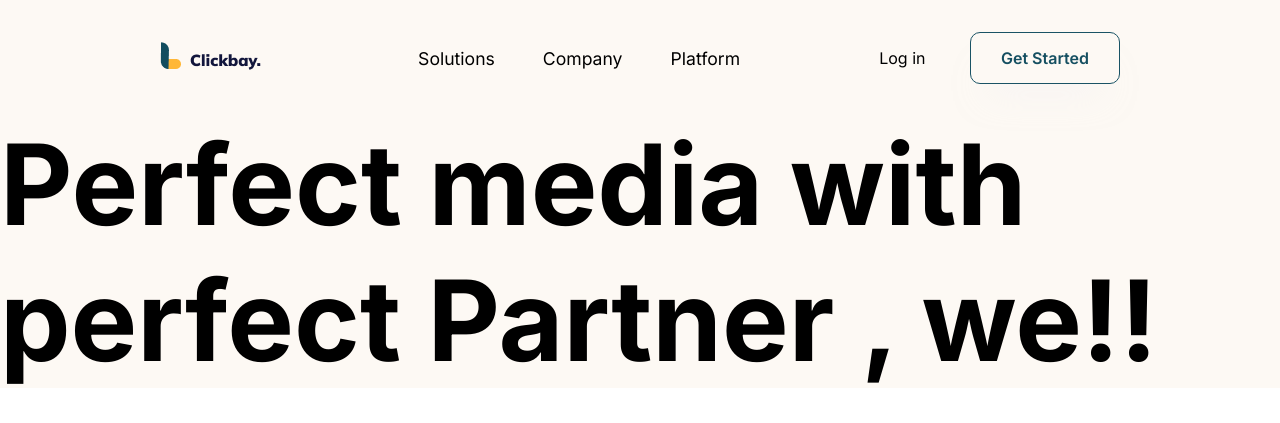
Repository: badhon252/Clickbay
Page: index.html
The author's editor kept a copy of each file at every save. The page is drawn from the files as they stood at one save, then again after the next save.
The browser window is 1280 px wide. The pictures show the whole page.
The style sheet was rebuilt from its Sass, Less or Tailwind sources for each picture, by a compiler version that may differ from the author's.

Above is the page before, as saved 2022-09-03 23:01:50.

### index.html
<!DOCTYPE html>
<html lang="en">

<head>
    <meta charset="UTF-8">
    <meta http-equiv="X-UA-Compatible" content="IE=edge">
    <meta name="viewport" content="width=device-width, initial-scale=1.0">
    <link rel="stylesheet" href="./scss/style.css">
    <title>Document</title>
</head>

<body>
    <header class="">
        <nav class="navbar container">
            <div class="navbar_brand">
                <img src="./images/logo.png" alt="Image not found!">
            </div>

            <ul class="nav">
                <li class="nav-items"><a href="" class="nav-links">Solutions</a></li>
                <li class="nav-items"><a href="" class="nav-links">Company</a></li>
                <li class="nav-items"><a href="" class="nav-links">Platform</a></li>
            </ul>

            <div class="nav-btns">
                <button class="btn nav-log">Log in</button>
                <button class="btn nav-start">Get Started</button>
            </div>
        </nav>

        <div class="header-content">
            <h1 class="h1">
                Perfect media with perfect Partner , we!!
            </h1>
        </div>
    </header>
</body>

</html>

### scss/style.scss
@import url("https://fonts.googleapis.com/css2?family=Inter:wght@400;600;700;800;900&display=swap");
* {
  margin: 0;
  padding: 0;
  box-sizing: border-box;
  font-family: "Inter", sans-serif;
}
.container {
  margin: 0 10rem;
}
.btn {
  outline: none;
  border: none;
  padding: 15px 30px;
  font-size: 1rem;
  background-color: transparent;
}
.h1 {
  font-size: 7rem;
}

//==============================
//===================
//==============================
header {
  background-color: #fdf9f4;
  .navbar {
    padding: 2rem 0;
    display: flex;
    justify-content: space-between;
    align-items: center;
    font-weight: 500;
    .nav {
      display: flex;
      .nav-items {
        margin-left: 3rem;
        list-style-type: none;
        .nav-links {
          text-decoration: none;
          color: black;
          font-size: 1.1rem;
          font-weight: 500;
        }
      }
    }

    .nav-start {
      border: 1px solid #1a5365;
      box-shadow: 0px 25px 35px -20px rgba(232, 236, 243, 0.5);
      border-radius: 10px;
      color: #154f61;
      font-weight: 600;
      margin-left: 10px;
    }
  }
}

After the next save:
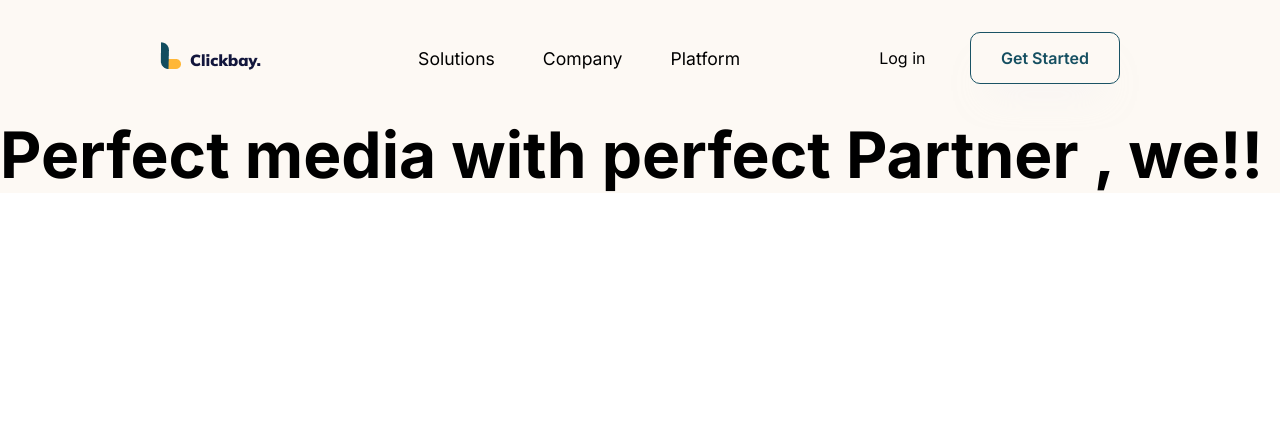
Saved 30 s later.
--- a/scss/style.scss
+++ b/scss/style.scss
@@ -16,7 +16,7 @@
   background-color: transparent;
 }
 .h1 {
-  font-size: 7rem;
+  font-size: 4rem;
 }
 
 //==============================
